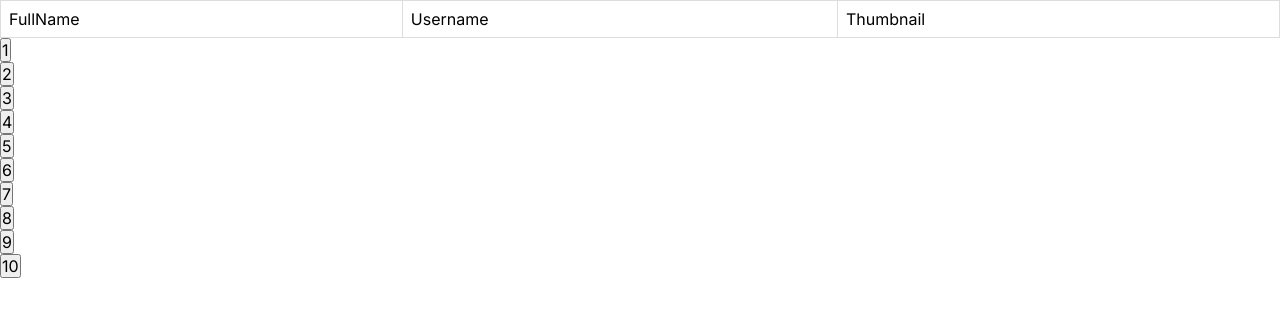
Repository: hoang0508/Test-FrontendReactJs-Twendee
Page: /
The author's editor kept a copy of each file at every save. The page is drawn from the files as they stood at one save, then again after the next save.
The browser window is 1280 px wide. The pictures show the whole page.
The page's requests for data from a server got no answer. The project was rebuilt for these pictures with package versions that can differ from the ones it lists, and the page was loaded fresh each time. No one was signed in, and anything a server would have sent is missing. Also part of the build but not shown: src/components/UserTable.scss.

Above is the page before, as saved 2023-02-06 21:25:03.

### src/index.tsx
import React from "react";
import ReactDOM from "react-dom/client";
import "./index.scss";
import App from "./App";
import reportWebVitals from "./reportWebVitals";
import { Provider } from "react-redux";
import store from "./redux/store";

const root = ReactDOM.createRoot(
  document.getElementById("root") as HTMLElement
);
root.render(
  <React.StrictMode>
    <Provider store={store}>
      <App />
    </Provider>
  </React.StrictMode>
);

// If you want to start measuring performance in your app, pass a function
// to log results (for example: reportWebVitals(console.log))
// or send to an analytics endpoint. Learn more: https://bit.ly/CRA-vitals
reportWebVitals();

### src/index.scss
@import url("https://fonts.googleapis.com/css2?family=Inter:wght@300;400;500;600;700&display=swap");
*,
*:before,
*:after {
  box-sizing: border-box;
}
* {
  margin: 0;
  padding: 0;
  font: inherit;
}
img,
picture,
svg,
video {
  display: block;
  max-width: 100%;
}
body {
  min-height: 100vh;
  font-family: "Inter", sans-serif;
}

table {
  border-collapse: collapse;
  width: 100%;
}

td,
th {
  border: 1px solid #dddddd;
  text-align: left;
  padding: 8px;
}

tr:nth-child(even) {
  background-color: #dddddd;
}

### src/App.tsx
import UserTable from "./components/UserTable";

function App() {
  return (
    <div>
      <UserTable />
    </div>
  );
}

export default App;

### src/redux/store.tsx
import { configureStore, combineReducers } from "@reduxjs/toolkit";
import usersSlice from "./usersSlice";

const reducer = combineReducers({
  users: usersSlice,
});

const store = configureStore({
  reducer: reducer,
  middleware: (getDefaultMiddleware) =>
    getDefaultMiddleware({
      serializableCheck: false,
    }).concat(),
});

export type RootState = ReturnType<typeof store.getState>;

export type AppDispatch = typeof store.dispatch;

export default store;

### src/components/UserTable.tsx
import React, { useEffect } from "react";
import { useDispatch, useSelector } from "react-redux";
import { RootState } from "../redux/store";
import { fetchDataUser, setCurrentPage } from "../redux/usersSlice";
import { ItemData } from "../utils/type";
import Pagination from "./Pagination";
import { v4 } from "uuid";
import "./UserTable.scss";

const UserTable = () => {
  const usersPerPage = 10;
  // dispatch redux
  const dispatch = useDispatch();
  const { users, currentPage } = useSelector((state: any) => state.users);

  useEffect(() => {
    dispatch(
      fetchDataUser({
        currentPage,
        numberPerPage: usersPerPage,
      })
    );
  }, [currentPage, dispatch, usersPerPage]);

  // Change page
  const handlePaginate = (pageNumber: number) =>
    dispatch(setCurrentPage(pageNumber));

  // Get current users
  const currentUsers = users?.results;
  console.log(
    "🚀 ~ file: UserTable.tsx:28 ~ UserTable ~ currentUsers",
    currentUsers
  );

  return (
    <>
      <div>
        <table>
          <thead>
            <tr>
              <th>FullName</th>
              <th>Username</th>
              <th>Thumbnail</th>
            </tr>
          </thead>
          <tbody>
            {currentUsers &&
              currentUsers.length > 0 &&
              currentUsers.map((user: ItemData) => (
                <tr key={v4()}>
                  <td>
                    <span>{user?.name?.title}</span>
                    <span>{user?.name?.first}</span>
                    <span>{user?.name?.last}</span>
                  </td>
                  <td>{user?.login?.username}</td>
                  <td>
                    <img src={user?.picture?.thumbnail} alt="" />
                  </td>
                </tr>
              ))}
          </tbody>
        </table>
        <Pagination
          usersPerPage={usersPerPage}
          handlePaginate={handlePaginate}
        />
      </div>
    </>
  );
};

export default UserTable;

### src/redux/usersSlice.tsx
import { createAsyncThunk, createSlice } from "@reduxjs/toolkit";
import axios from "../api/apiConfig";

interface IData {
  currentPage: number;
  numberPerPage: number;
}

// Fectch Data Users
export const fetchDataUser: any = createAsyncThunk(
  "users/fetchUsers",
  async (data: IData, thunkAPI) => {
    const res = await axios.get(
      `?page=${data?.currentPage}&results=${data?.numberPerPage}`
    );
    return res;
  }
);

const userSlice = createSlice({
  name: "user",
  initialState: {
    users: [],
    currentPage: 1,
  },
  reducers: {
    setCurrentPage: (state, action) => ({
      ...state,
      currentPage: action.payload,
    }),
  },
  extraReducers: (builder) => {
    // Add reducers for additional action types here, and handle loading state as needed
    builder.addCase(fetchDataUser.fulfilled, (state: any, action) => {
      // Add user to the state array
      state.users = action.payload;
    });
  },
});

export const { setCurrentPage } = userSlice.actions;
export default userSlice.reducer;

### src/components/Pagination.tsx
import { useSelector } from "react-redux";
import { RootState } from "../redux/store";
import { TotalUser } from "../utils/enum";

interface PropsPagination {
  usersPerPage: number;
  handlePaginate: (itemNunber: number) => void;
}

const Pagination = ({ usersPerPage, handlePaginate }: PropsPagination) => {
  const pageNumbers = [];
  for (let i = 1; i <= Math.ceil(TotalUser.TOTAL_USER / usersPerPage); i++) {
    pageNumbers.push(i);
  }
  const { currentPage } = useSelector((state: RootState) => state.users);

  return (
    <nav>
      <ul className="pagination">
        {pageNumbers.map((itemNumber: number) => (
          <li
            key={itemNumber}
            className={`page-item ${
              currentPage === itemNumber ? "active-page" : ""
            }`}
          >
            <button
              onClick={() => handlePaginate(itemNumber)}
              className="page-link"
            >
              {itemNumber}
            </button>
          </li>
        ))}
      </ul>
    </nav>
  );
};

export default Pagination;

### src/api/apiConfig.ts
import axios from "axios";

const instance = axios.create({
  baseURL: "https://randomuser.me/api/",
});

// Add a request interceptor
instance.interceptors.request.use(
  function (config) {
    // Do something before request is sent
    return config;
  },
  function (error) {
    // Do something with request error
    return Promise.reject(error);
  }
);

// Add a response interceptor
instance.interceptors.response.use(
  function (response) {
    return response && response?.data ? response?.data : response;
  },
  function (error) {
    // Any status codes that falls outside the range of 2xx cause this function to trigger
    // Do something with response error
    return error && error?.message ? error?.message : Promise.reject(error);
  }
);

export default instance;

### src/utils/enum.ts
export enum TotalUser {
  TOTAL_USER = 100,
}

Loaded but not shown: public/index.html (common file); src/reportWebVitals.ts (common file)

After the next save:
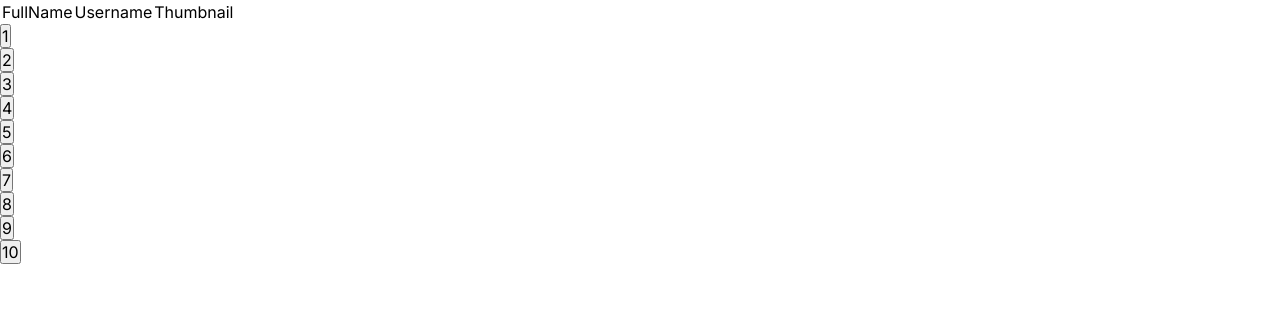
Saved 9 s later.
--- a/src/index.scss
+++ b/src/index.scss
@@ -20,19 +20,3 @@ body {
   min-height: 100vh;
   font-family: "Inter", sans-serif;
 }
-
-table {
-  border-collapse: collapse;
-  width: 100%;
-}
-
-td,
-th {
-  border: 1px solid #dddddd;
-  text-align: left;
-  padding: 8px;
-}
-
-tr:nth-child(even) {
-  background-color: #dddddd;
-}
